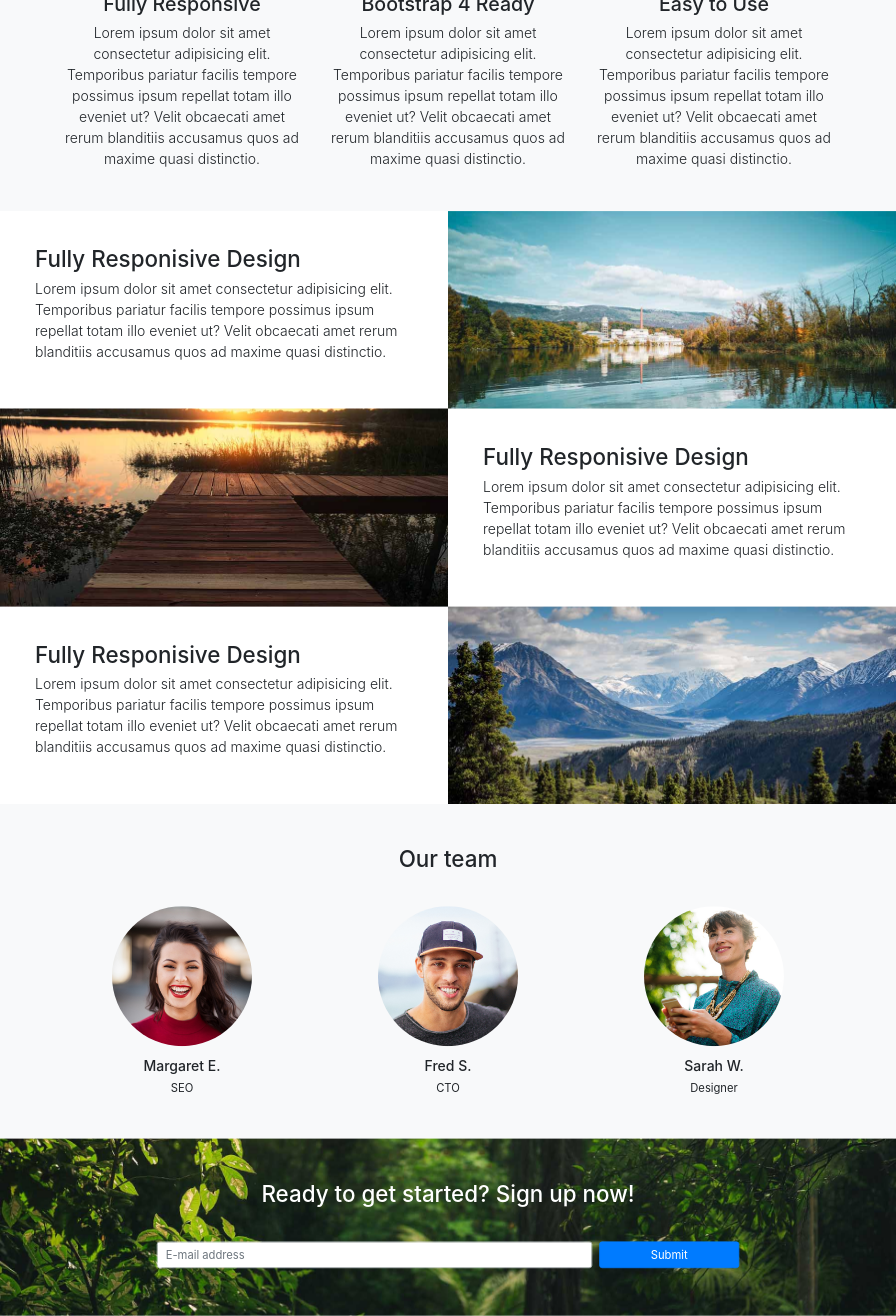
Repository: magdaf41/Bootstrap
Page: zadanie 3/index.html
An editor plug-in stored every save of this project. The page is shown before and after the next save, followed by the edit.
The browser window is 1280 px wide. The pictures show the part of the page from y = 651 to 2571 px (the page is 2531 px tall before and 2571 px after), at 70% of full size.

Above is the page before, as saved 2020-09-18 09:28:29.

After the next save:
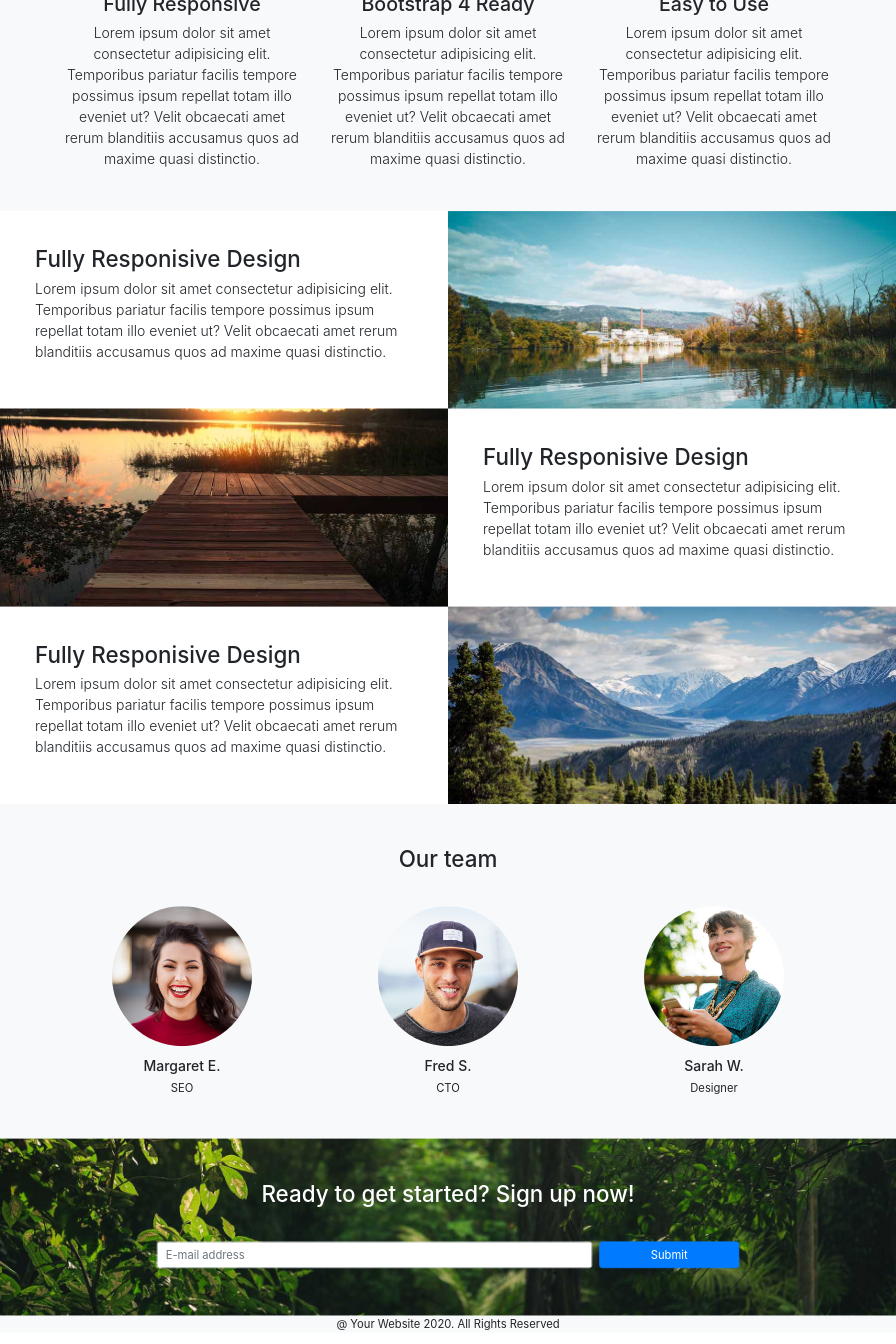
Saved 54 s later.
--- a/zadanie 3/index.html
+++ b/zadanie 3/index.html
@@ -184,7 +184,9 @@
     </section>
 
     <footer class="footer bg-light text-center">
-
+        <div class="container">
+            <p>@ Your Website 2020. All Rights Reserved</p>
+        </div>
     </footer>
 
 
